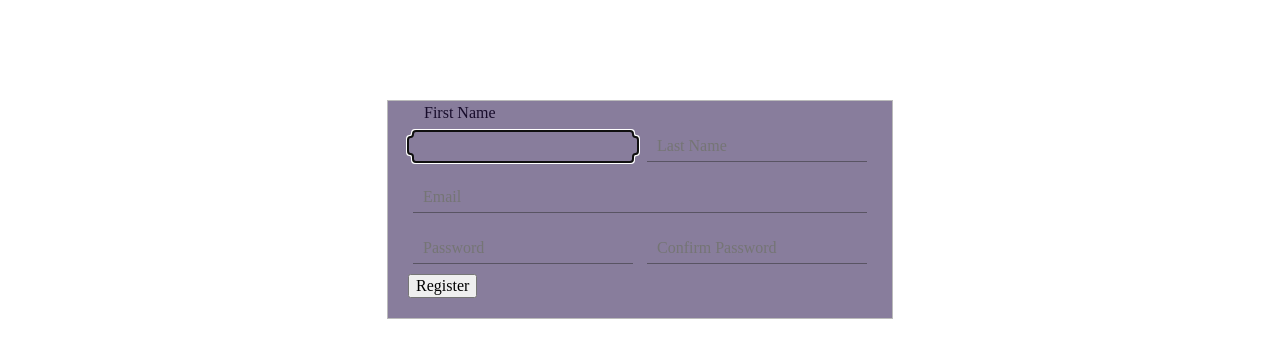
Repository: AMAmine89/vanilla-projects
Page: formo/index.html
The author's editor kept a copy of each file at every save. The page is drawn from the files as they stood at one save, then again after the next save.
The browser window is 1280 px wide. The pictures show the whole page.
The first visible `.first-name` has the focus.

Above is the page before, as saved 2021-05-05 06:57:32.

### formo/index.html
<!DOCTYPE html>
<html lang="en">
<head>
    <meta charset="UTF-8">
    <meta http-equiv="X-UA-Compatible" content="IE=edge">
    <meta name="viewport" content="width=device-width, initial-scale=1.0">
    <link rel="stylesheet" href="css/normalize.css">
    <link rel="stylesheet" href="style.css">
    <title>Formo</title>
</head>
<body>
    <section>
        <form>
            <div class="double-block">
                <span class="first-name"><input type="text" name="first-name" id="first-name"></span>
                <input type="text" name="last-name" placeholder="Last Name">
            </div>
            <div>
                <input type="email" name="email" placeholder="Email">
            </div>
            <div class="double-block">
                <input type="password" name="password" placeholder="Password">
                <input type="password" name="confirm-password" placeholder="Confirm Password">
            </div>
            <div>
                <input type="submit" value="Register">
            </div>
        </form>
    </section>
</body>
</html>

### formo/style.css
section {
    display: flex;
    justify-content: center;
    margin-top: 100px;
}

form {
    background: rgba(42, 22, 78, 0.555);
    padding: 20px;
    border: 1px solid rgb(187, 187, 187);
    border-radius: 0%;
    -webkit-border-radius: 0%;
    -moz-border-radius: 0%;
    -ms-border-radius: 0%;
    -o-border-radius: 0%;
}

div {
    position: relative;
}

input:not(input[type="submit"]) {
    padding: 5px 10px;
    height: 20px;
    background: transparent;
    border-top: none;
    border-right: none;
    border-left: none;
    border-bottom: solid 1px rgba(49, 49, 49, 0.527);
    margin: 10px 5px;
    outline: none;
}

input[type="email"] {
    width: -webkit-fill-available;
}

input:not(input[type="submit"])::after {
    content: '';
    width: 0;
    display: block;
    height: 1px;
    color: rgb(49, 49, 49);
    border-bottom: solid 1px;
    transition: width .3s ease-in-out;
    -webkit-transition: width .3s ease-in-out;
    -moz-transition: width .3s ease-in-out;
    -ms-transition: width .3s ease-in-out;
    -o-transition: width .3s ease-in-out;
}

input:not(input[type="submit"]):focus::after {
    width: 100%;
}


.first-name::before {
    content: 'First Name';
    cursor: text;
    display: inline-block;
    position: absolute;
    top: 16px;
    left: 16px;
    z-index: -1;
}

.first-name:focus-within::before  {
    top: auto;
    bottom: 50px;
}

label {
    cursor: text;
    display: inline-block;
    position: relative;
    bottom: auto;
    left: -180px;
    transition: bottom .7s ease-in-out;
    -webkit-transition: bottom .7s ease-in-out;
    -moz-transition: bottom .7s ease-in-out;
    -ms-transition: bottom .7s ease-in-out;
    -o-transition: bottom .7s ease-in-out;
}

Loaded but not shown: formo/normalize.css (library)

After the next save:
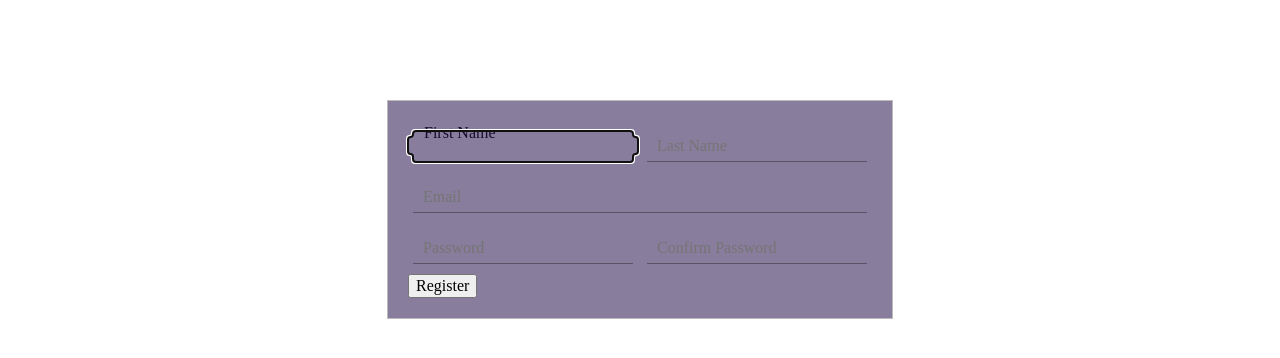
Saved 11 s later.
--- a/formo/style.css
+++ b/formo/style.css
@@ -66,7 +66,7 @@ input:not(input[type="submit"]):focus::after {
 
 .first-name:focus-within::before  {
     top: auto;
-    bottom: 50px;
+    bottom: 30px;
 }
 
 label {
